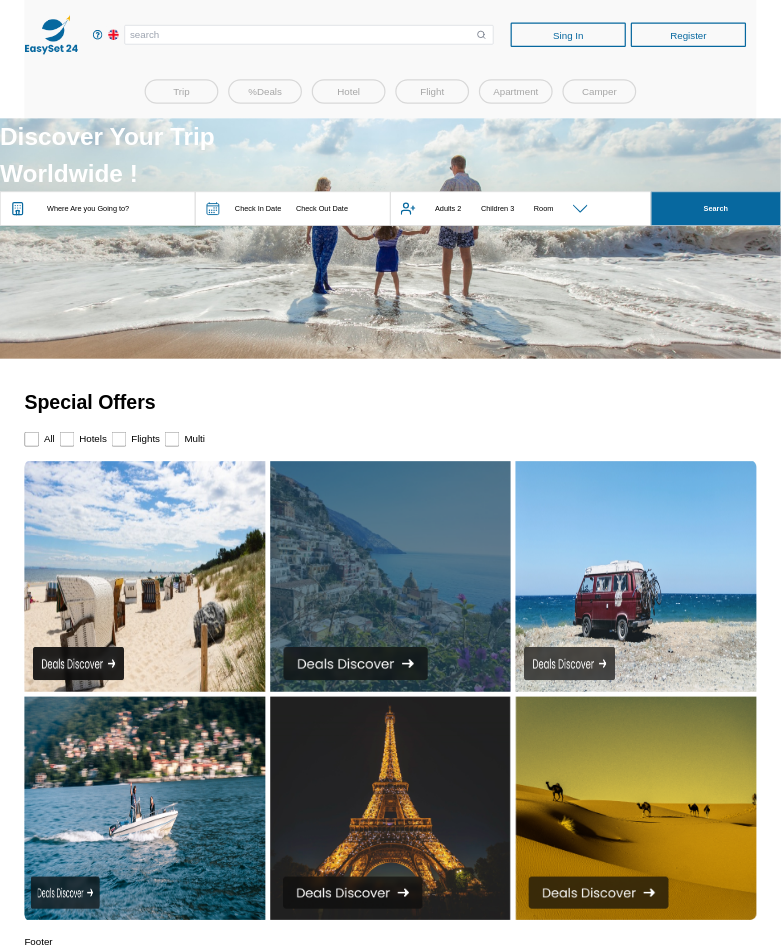
Repository: Quynhhuong150322/DIKO_STUDY_TRAVEL_WEB
Page: /
An editor plug-in stored every save of this project. The page is shown before and after the next save, followed by the edit.
The browser window is 1280 px wide. The pictures show the whole page, at 61% of full size.
The project was rebuilt for these pictures with package versions that can differ from the ones it lists, and the page was loaded fresh each time. Also part of the build but not shown: src/components/Login.js, src/components/Register.js. Imported but missing from the stored project, and not drawn on this page: src/redux/slices/authSlice.

Above is the page before, as saved 2024-02-23 10:37:59.

### src/index.css
@tailwind base;
@tailwind components;
@tailwind utilities;

@import url("https://fonts.googleapis.com/css2?family=Poppins:wght@100;300;400;500;600&display=swap");

@layer base {
  html {
    font-family: "Poppins", sans-serif;
  }
  * {
    margin: 0;
    padding: 0;
    box-sizing: border-box;
    scroll-behavior: smooth;
    /* background-color: #F9F9F9; */
  }
}

@layer components {
  .max-container {
    max-width: 1260px;
    /* min-height: 100vh; */
    margin: 0 auto;
    padding: 0 30px;
    /* display: flex; */
    /* flex-direction: column; */
    justify-content: space-between;
  }
  .button {
    width: 189px;
    height: 40px;
    border-style: solid;
    border-width: 2px;
    border-color: #07689F;
    color: #07689F;
  }
  .tabMenu {
    width: 121px;
    height: 40px;
    color: #D9D9D9;
    border-style: solid;
    border-width: 2px;
    border-color: #D9D9D9;
    color: #D9D9D9;
    border-radius: 9999px;
  }
  .tabSearch {
    /* max-width: 1190px; */
    height: 56px;
    border-style: solid;
    border-width: 1px;
    border-color: #D9D9D9;
    padding: 0 16px;
    font-size: 12px;
  }

}

### src/App.js
import React from "react";
import Navbar from "./components/Navbar";
import Footer from "./components/Footer";
import AppRoutes from "./routes/AppRoutes";
import { BrowserRouter as Router } from "react-router-dom";

const App = () => {
  return (
    <Router>
      <div className="">
        <div className="max-container">
          <Navbar />
        </div>
        <div>
          <AppRoutes />
        </div>
        <div className="max-container">
          <Footer />
        </div>
      </div>
    </Router>
  );
};

export default App;

### src/redux/store.js
import { configureStore } from "@reduxjs/toolkit";
import authReducer from "./slices/authSlice";

export const store = configureStore({
  reducer: {
    users: authReducer,
  },
});

### src/components/Navbar.js
import React from 'react'
import Logo from '../assets/images/Header/Logo.png'
import EL from '../assets/images/Header/England.png'
import { FaRegQuestionCircle } from "react-icons/fa";
import { LuSearch } from "react-icons/lu";

const MenuData = [
    {
        id: 1,
        name: 'Trip',
    },
    {
        id: 2,
        name: '%Deals',
    },
    {
        id: 3,
        name: 'Hotel',
    },
    {
        id: 4,
        name: 'Flight',
    },
    {
        id: 5,
        name: 'Apartment',
    },
    {
        id: 6,
        name: 'Camper',
    },
]

const Navbar = () => {
    return (
        <div className='bg-neutral py-[24px]'>
            <div className="flex flex-col gap-10">
                {/* Header Section  */}
                <div className='flex gap-2 items-center'>
                    <img src={Logo} alt="" />
                    <div className='flex gap-7 items-center'>
                        <div className="flex gap-1 items-center">
                            <FaRegQuestionCircle className='text-primary' />
                            <img src={EL} alt="" className='w-7 h-7' />
                            {/* Search  */}
                            <div className="relative flex items-center">
                                <input
                                    type="text"
                                    placeholder="search"
                                    className="w-[605px] h-[32px] rounded-sm border border-gray-300 px-2 py-1 focus:outline-none focus:border-1 focus:border-primary"
                                />
                                <LuSearch className="text-gray-500 group-hover:text-primary absolute top-1/2 -translate-y-1/2 right-3 cursor-pointer" />
                            </div>
                        </div>
                        <div className='flex gap-2 items-center'>
                            <button className='button border-primary bg-neutral hover:scale-105 py-2 px-4 rounded-sm'>
                                Sing In
                            </button>
                            <button className='button border-primary bg-neutral hover:scale-105 py-2 px-4 rounded-sm'>
                                Register
                            </button>
                        </div>
                    </div>
                    <div>
                    </div>
                </div>
                {/* Upper Nav  */}
                <div className=''>
                    <div className=' '>
                        <ul className='flex justify-center gap-4'>
                            {
                                MenuData.map((data) => (
                                    <button key={data.id} className='text-pri tabMenu focus:bg-primary focus:text-white focus:font-bold focus:border-primary inline-block hover:text-primary' >
                                        {data.name}
                                    </button>
                                ))
                            }
                        </ul>
                    </div>
                </div>
            </div>
        </div>
    )
}

export default Navbar

### src/routes/AppRoutes.js
import React from "react";
import { Switch, Route } from "react-router-dom";
import Login from "../components/Login";
import Register from "../components/Register";
import Langding from "../pages/LangdingPage/Langding";
const AppRoutes = () => {
  return (
    <div>
      <Switch>
        <Route path="/login">
          <Login />
        </Route>
        <Route path="/register">
          <Register />
        </Route>
        <Route path="/" exact>
          <Langding />
        </Route>
        <Route path="*">
          <div className="">404 not Error...</div>
        </Route>
      </Switch>
    </div>
  );
};

export default AppRoutes;

### src/pages/LangdingPage/Langding.js
import React from 'react'
import Picture from '../../assets/images/LangdingPage/Picture.png'
import { LuHotel } from "react-icons/lu";
import { IoCalendarOutline } from "react-icons/io5";
import { SlArrowDown } from "react-icons/sl";
import { FiUserPlus } from "react-icons/fi";
import Img1 from "../../assets/images/LangdingPage/SpecialOffers/Photo 1.png";
import Img2 from "../../assets/images/LangdingPage/SpecialOffers/Photo 2.png"
import Img3 from "../../assets/images/LangdingPage/SpecialOffers/Photo 3.png"
import Img4 from "../../assets/images/LangdingPage/SpecialOffers/Photo 4.png"
import Img5 from "../../assets/images/LangdingPage/SpecialOffers/Photo 5.png"
import Img6 from "../../assets/images/LangdingPage/SpecialOffers/Photo 6.png"


const BannerImg = {
  backgroundImage: `url(${Picture})`,
  backgroundPosition: "center",
  backgroundRepeat: "no-repeat",
  backgroundSize: "cover",
  height: "394px",
  width: "100%",
};
const ListMenu = [
  {
    id: 1,
    name: "All",
  },
  {
    id: 2,
    name: "Hotels",
  },
  {
    id: 3,
    name: "Flights",
  },
  {
    id: 4,
    name: "Multi",
  }
]

const ListImage = [
  {
    id: 1,
    img: Img1,
  },
  {
    id: 2,
    img: Img2,
  },
  {
    id: 3,
    img: Img3,
  },
  {
    id: 4,
    img: Img4,
  },
  {
    id: 5,
    img: Img5,
  },
  {
    id: 6,
    img: Img6,
  },
]


const Langding = () => {
  return (
    <div >
      {/* Discover Trip  */}
      <div className=' background ' style={BannerImg}>
        <div className=' '>
          <h1 className='text-3xl w-1/3 font-bold text-white bg-opacity-0'>
            Discover Your Trip Worldwide !
          </h1>
          <div class="flex flex-row  bg-white">
            <div class="basis-1/4 tabSearch flex gap-9 items-center">
              <LuHotel className='text-primary' size={24} />
              <p className=''>
                Where Are you Going to?
              </p>
            </div>
            <div class="basis-1/4 tabSearch flex gap-6 items-center">
              <IoCalendarOutline size={24} className='text-primary' />
              <p className=''>
                Check In Date
              </p>
              <p className=''>
                Check Out Date
              </p>
            </div>
            <div class="basis-1/3 tabSearch flex gap-8 items-center">
              <FiUserPlus size={24} className='text-primary' />
              <p className=''>
                Adults 2
              </p>
              <p className=''>
                Children 3
              </p>
              <p className=''>
                Room
              </p>
              <SlArrowDown size={24} className='text-primary' />
            </div>
            <div class="basis-1/6  tabSearch bg-primary flex justify-center items-center">
              <p className='font-bold text-white'>Search</p>
            </div>
          </div>
        </div>
      </div>
      {/* Special Offers */}
      <div className='max-container py-6'>
        {/* checkbox  */}
        <div className='flex flex-col gap-6 py-6'>
          <h2 className='text-2xl font-bold'>Special Offers</h2>
          <div className='flex '>
            <div className='flex justify-center items-center gap-2'>
              {
                ListMenu.map((data) => (
                  <><input
                    type="checkbox"
                    className="w-[24px] h-[24px] border border-gray-300 px-2 py-1 focus:outline-none focus:border-1 focus:border-primary" />
                    <label for="checkbox" className='text-base'>{data.name}</label>
                  </>
                ))
              }
            </div>
          </div>
        </div>
        {/* image  */}
        <div>
          <div className='grid grid-cols-3 gap-2'>
            {
              ListImage.map((data) => (
                <img src={data.img} alt="" className='w-full h-full' />
              ))
            }
          </div>
        </div>
      </div>
    </div >
  )
}

export default Langding

### tailwind.config.js
/** @type {import('tailwindcss').Config} */
module.exports = {
  content: ["./src/**/*.{js,jsx,ts,tsx}"],
  theme: {
    extend: {
      colors: {
        primary: "#07689F",
        secondary: "#D9D9D9",
        neutral: "#F9F9F9",
        pri: "#A6A6A6",
      },
      fontSize: {
        sm: '12px',
        base: '16px',
        xl: '20px',
        '2xl': '32px',
        '3xl': '40px',
        '4xl': '44px',
        // '5xl': '3.052rem',
      },
    },
  },
  plugins: [],
};

Loaded but not shown: public/index.html (common file); src/index.js (common file); src/reportWebVitals.js (common file); src/components/Footer.js (common file)

After the next save:
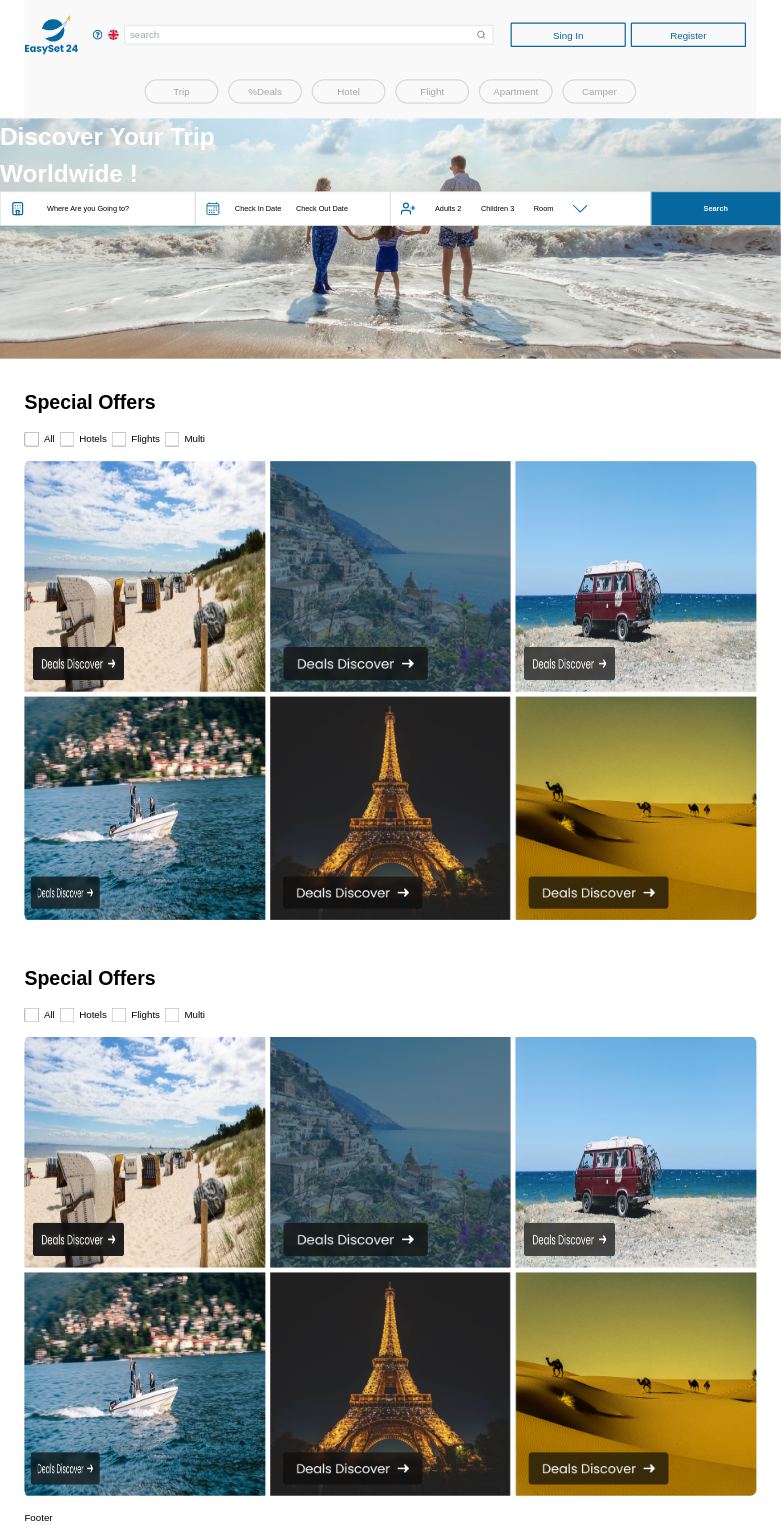
Saved 3 min 17 s later.
--- a/src/pages/LangdingPage/Langding.js
+++ b/src/pages/LangdingPage/Langding.js
@@ -141,6 +141,36 @@ const Langding = () => {
           </div>
         </div>
       </div>
+
+      {/*   */}
+      <div className='max-container py-6'>
+        <div className='flex flex-col gap-6 py-6'>
+          <h2 className='text-2xl font-bold'>Special Offers</h2>
+          <div className='flex '>
+            <div className='flex justify-center items-center gap-2'>
+              {
+                ListMenu.map((data) => (
+                  <><input
+                    type="checkbox"
+                    className="w-[24px] h-[24px] border border-gray-300 px-2 py-1 focus:outline-none focus:border-1 focus:border-primary" />
+                    <label for="checkbox" className='text-base'>{data.name}</label>
+                  </>
+                ))
+              }
+            </div>
+          </div>
+        </div>
+        {/* image  */}
+        <div>
+          <div className='grid grid-cols-3 gap-2'>
+            {
+              ListImage.map((data) => (
+                <img src={data.img} alt="" className='w-full h-full' />
+              ))
+            }
+          </div>
+        </div>
+      </div>
     </div >
   )
 }
